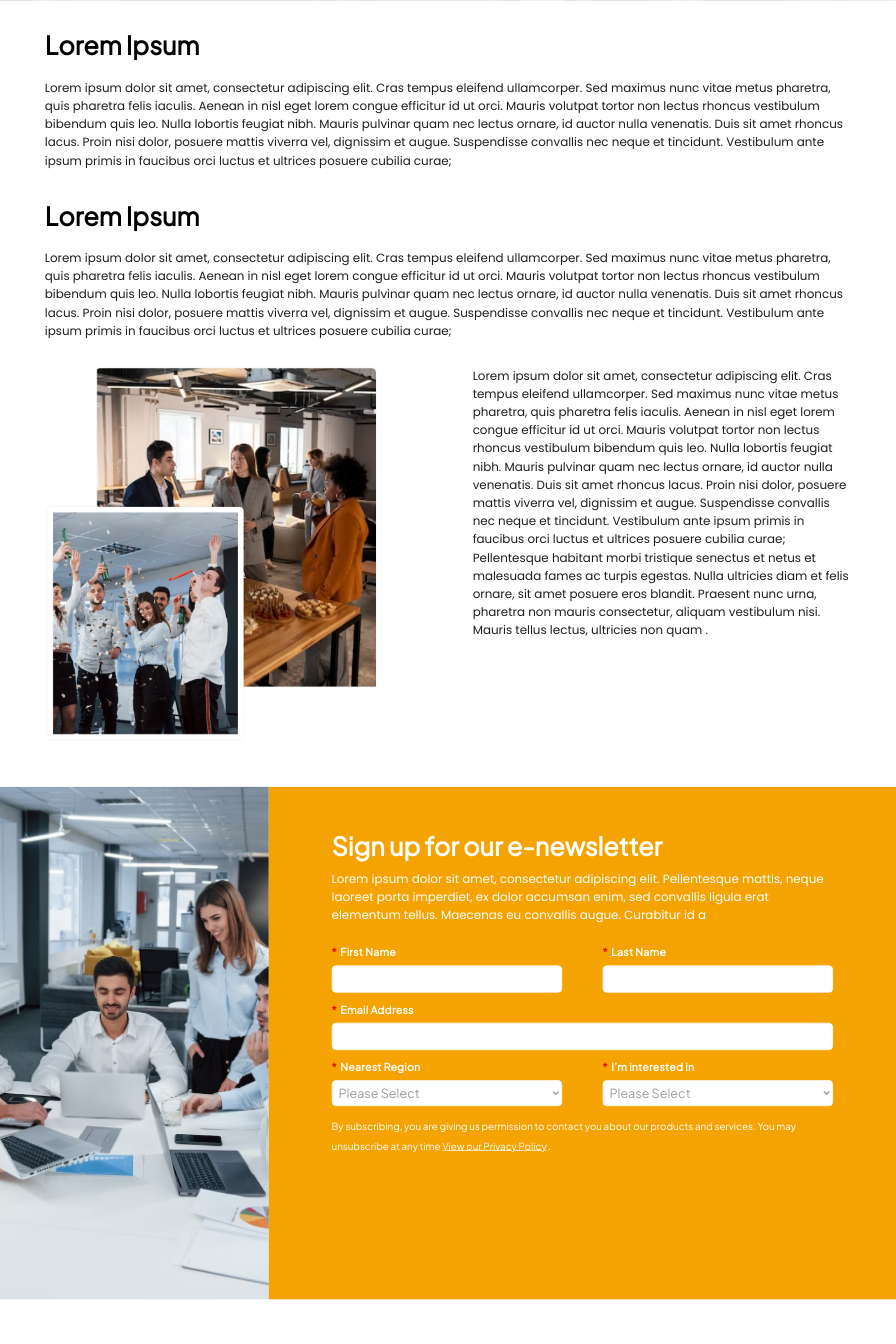
Repository: Akash8377/Hospitality-website
Page: /about-us
The author's editor kept a copy of each file at every save. The page is drawn from the files as they stood at one save, then again after the next save.
The browser window is 1280 px wide. The pictures show the part of the page from y = 683 to 2603 px (the page is 2603 px tall), at 70% of full size.
Some web libraries are served in a nearby version. The project was rebuilt for these pictures with package versions that can differ from the ones it lists, and the page was loaded fresh each time. Also part of the build but not shown: src/Component/Partial/heading-cont.js, src/Component/Shared/about-us.js, src/Component/Shared/Banner.js, src/Component/Shared/popular-jobs.js, src/Component/Sliders/ServiceSlider.js, src/Component/Sliders/ReviewSlider.js, src/Component/Partial/index-banner.js, src/Component/Partial/index-buisness-banner.js and 2 more.

Above is the page before, as saved 2023-07-07 12:17:40.

After the next save:
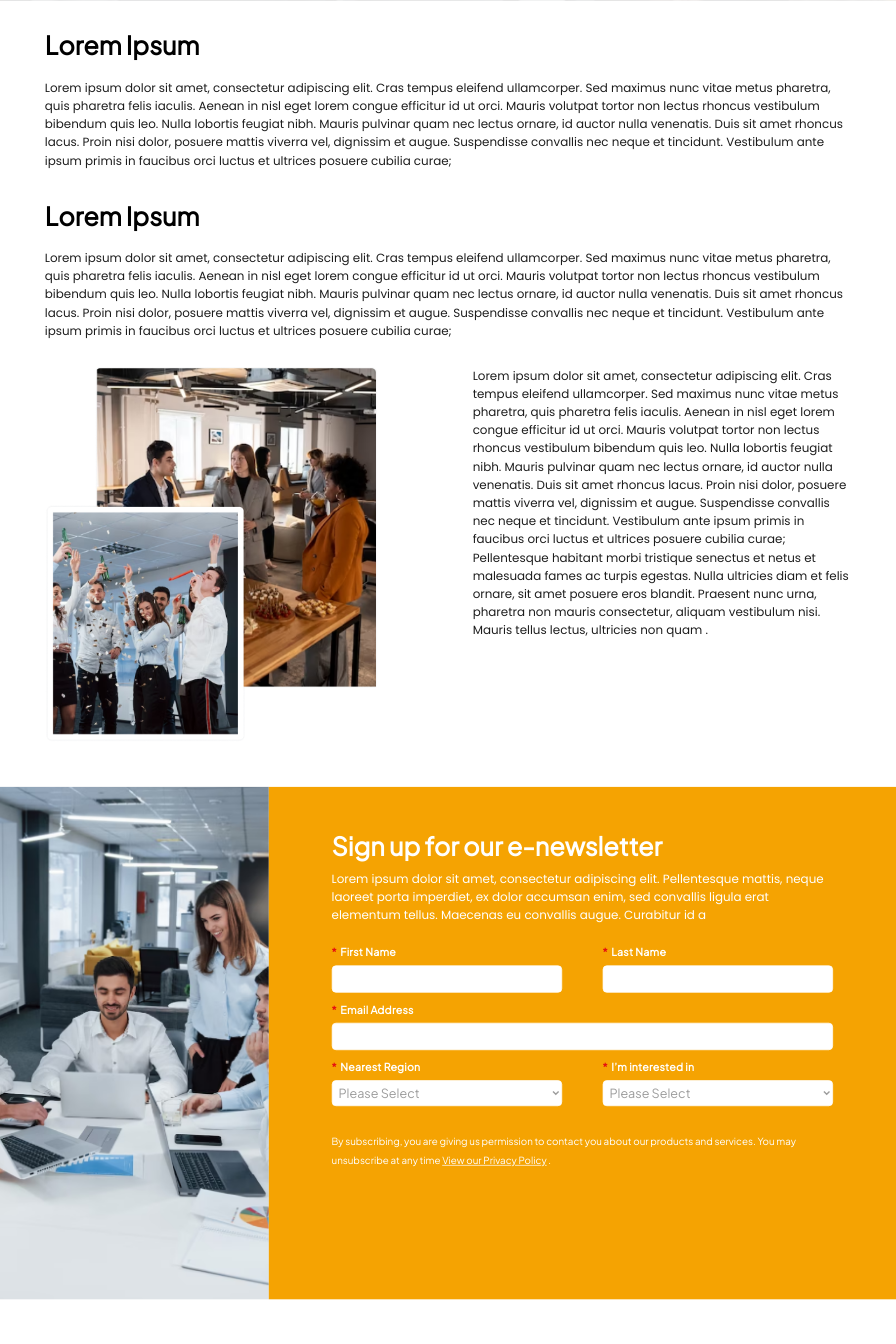
Saved 7 s later.
--- a/src/Css/Lap.css
+++ b/src/Css/Lap.css
@@ -895,7 +895,7 @@
   font-style: normal;
   font-weight: 400;
   line-height: 28px;
-  margin-top: 2%;
+  margin-top: 5%;
 }
 .About-Us_Newsletter .right .content .Policy span {
   text-decoration: underline;
